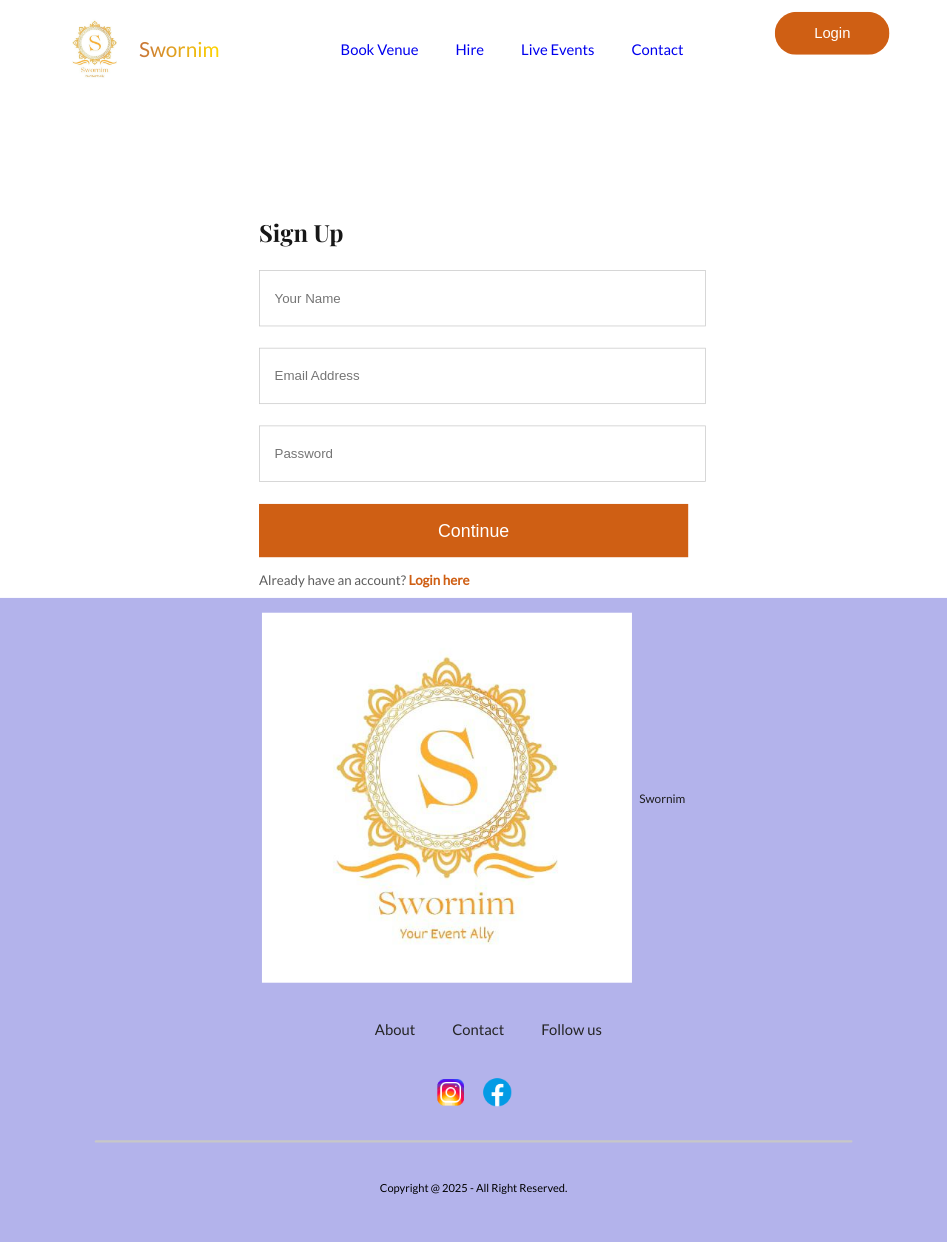
Repository: leonischu/Swornim
Page: /login (app in frontend/)
The author's editor kept a copy of each file at every save. The page is drawn from the files as they stood at one save, then again after the next save.
The browser window is 1280 px wide. The pictures show the whole page, at 74% of full size.
The project was rebuilt for these pictures with package versions that can differ from the ones it lists, and the page was loaded fresh each time. Also part of the build but not shown: frontend/src/App.css, frontend/src/Pages/Book.jsx, frontend/src/Pages/Contact.jsx.

Above is the page before, as saved 2025-05-31 15:16:23.

### frontend/public/index.html
<!DOCTYPE html>
<html lang="en">
  <head>
    <meta charset="utf-8" />
    <link rel="icon" href="%PUBLIC_URL%/favicon.ico" />
    <meta name="viewport" content="width=device-width, initial-scale=1" />
    <meta name="theme-color" content="#000000" />
    <meta
      name="description"
      content="Web site created using create-react-app"
    />
    <link rel="apple-touch-icon" href="%PUBLIC_URL%/logo192.png" />
    <!--
      manifest.json provides metadata used when your web app is installed on a
      user's mobile device or desktop. See https://developers.google.com/web/fundamentals/web-app-manifest/
    -->
    <link rel="manifest" href="%PUBLIC_URL%/manifest.json" />
    <link href="https://fonts.googleapis.com/css2?family=Lato:wght@400;600&family=Playfair+Display:wght@400;600;700&display=swap" rel="stylesheet">
    <!--
      Notice the use of %PUBLIC_URL% in the tags above.
      It will be replaced with the URL of the `public` folder during the build.
      Only files inside the `public` folder can be referenced from the HTML.

      Unlike "/favicon.ico" or "favicon.ico", "%PUBLIC_URL%/favicon.ico" will
      work correctly both with client-side routing and a non-root public URL.
      Learn how to configure a non-root public URL by running `npm run build`.
    -->
    <title>Swornim</title>
  </head>
  <body>
    <noscript>You need to enable JavaScript to run this app.</noscript>
    <div id="root"></div>
    <!--
      This HTML file is a template.
      If you open it directly in the browser, you will see an empty page.

      You can add webfonts, meta tags, or analytics to this file.
      The build step will place the bundled scripts into the <body> tag.

      To begin the development, run `npm start` or `yarn start`.
      To create a production bundle, use `npm run build` or `yarn build`.
    -->
  </body>
</html>

### frontend/src/index.css
body {
  margin: 0;
  font-family: -apple-system, BlinkMacSystemFont, 'Segoe UI', 'Roboto', 'Oxygen',
    'Ubuntu', 'Cantarell', 'Fira Sans', 'Droid Sans', 'Helvetica Neue',
    sans-serif;
  -webkit-font-smoothing: antialiased;
  -moz-osx-font-smoothing: grayscale;
  font-family: 'Lato', sans-serif ;
  color: rgb(29, 29, 29);
}
h1, h2, h3, h4, h5, h6 {
  font-family: 'Playfair Display', serif;
  color: rgb(23, 23, 23); /* Default heading color */
  font-weight: bold;
}
.body-medium {
  font-family: 'Lato', sans-serif;
  font-size: 16px;
  color: rgb(29, 29, 29);
}
.title-medium {
  font-family: 'Playfair Display', serif;
  font-size: 20px;
  font-weight: bold;
  color: rgb(23, 23, 23);
}
.headline-small {
  font-family: 'Playfair Display', serif;
  font-size: 24px;
  font-weight: bold;
  color: white; /* White for headings like "Book Venue" */
}

code {
  font-family: source-code-pro, Menlo, Monaco, Consolas, 'Courier New',
    monospace;
}

### frontend/src/App.js

import './App.css';
import { Navbar } from './Components/Navbar/Navbar';
import { BrowserRouter, Routes, Route } from 'react-router-dom';
import { Book } from './Pages/Book';
import { Contact } from './Pages/Contact';
import { LoginSignup } from './Pages/LoginSignup';
import { Footer} from './Components/Footer/Footer';
function App() {
  return (
    <div>
      <BrowserRouter>
      <Navbar/>
       <Routes>
          <Route path='/' element={<Book/>}/>
          <Route path='/contact' element={<Contact/>}/>

          <Route path='/login' element={<LoginSignup/>}/>
          </Routes>
         <Footer/>
      </BrowserRouter>
    </div>
  );
}

export default App;

### frontend/src/Components/Navbar/Navbar.jsx
import React, { useState } from 'react'
import './Navbar.css'

import logo from '../Assets/logo.jpg'
import { Link } from 'react-router-dom';
export const Navbar = () => {
    const [menu, setMenu] = useState(""); // State for active menu item

  return (
    <div className='navbar'>
      <div className='nav-logo'>
        <img src={logo} alt=""/>
        <p>Swornim</p>
      </div>
      <ul className="nav-menu">
        <li onClick={()=>{setMenu("book venue")}}><Link style={{ textDecoration: 'none' }}to='/'>Book Venue</Link>{menu==="book venue"?<hr/>:<></>}</li>
        <li onClick={()=>{setMenu("hire")}}><Link style={{ textDecoration: 'none' }}to='/hire'> Hire</Link>{menu==="hire"?<hr/>:<></>}</li>
        <li onClick={()=>{setMenu("live events")}}><Link style={{ textDecoration: 'none' }} to='/liveevents'>Live Events</Link>{menu==="live events"?<hr/>:<></>}</li>
        <li onClick={()=>{setMenu("contact")}}><Link style={{ textDecoration: 'none' }}  to='/contact'>Contact</Link >{menu==="contact"?<hr/>:<></>}</li>
      </ul>
      <div className='nav-login-cart'>
        <Link to='/login'><button>Login</button></Link>

      </div>
    </div>
  )
}

### frontend/src/Pages/LoginSignup.jsx
import React from 'react'
import './CSS/LoginSignup.css'

export const LoginSignup = () => {
  return (
    <div className='loginsignup'>
        <div className='loginsignup-container'>
            <h1>Sign Up</h1>
            <div className='loginsignup-fields'>
                <input type='text' placeholder='Your Name'/>
                <input type='email' placeholder='Email Address'/>
                <input type='password' placeholder='Password'/>
            </div>
            <button>Continue</button>
            <p className='loginsignup-login'>Already have an account? <span>Login here</span></p>
            <div className="loginsignup-agree">
                <input type='checkbox' name='' id=''/>
                <p>By continuing, I agree to the terms of use & privacy policy.</p>
            </div>
        </div>
    </div>
  )
}

### frontend/src/Components/Footer/Footer.jsx
import React from 'react'
import './Footer.css'
import footer_logo from '../Assets/logo.jpg'
import instagram_icon from '../Assets/instagram_icon.png'
import facebook_icon from '../Assets/facebook_icon.png'

export const Footer = () => {
  return (
    <div className='footer'>
     <div className="footer_logo">
        <img src={footer_logo} alt='logo'/>
        <p>Swornim</p>
        </div>
        <ul className='footer-links'>
            <li>About</li>
            <li>Contact</li>
            <li>Follow us</li>
        </ul>
        <div className='footer-social-icon'>
            <div className='footer-icons-container'>
                <img src={instagram_icon} alt=""/>
            </div>
            <div className='footer-icons-container'>
                <img src={facebook_icon} alt=""/>
            </div>
        </div>
        <div className="footer-copyright">
            <hr />
            <p> Copyright @ 2025 - All Right Reserved. </p>
        </div>
    </div>
  )
}

### frontend/src/Components/Navbar/Navbar.css
.navbar{
    display:flex;
    justify-content: space-around;
    padding: 16px;
    box-shadow: 0 1px 3px -2px black;
}
.nav-logo{
    display: flex;
    align-items: center;
    gap: 10px;
}
.nav-logo p {
    background: linear-gradient(to right, rgba(199, 116, 57, 1), #FFD700);
    -webkit-background-clip: text;
    -webkit-text-fill-color: transparent;
    background-clip: text; /* Optional for broader support */
    font-size: 28px;
    font-weight: 400;
}
.nav-logo img {
    width: 100px; /* Adjust the width of an image/icon */
    height: auto;
}
.nav-menu{
    display: flex;
    align-items: center;
    list-style: none;
    gap: 50px;
    color: black;
    font-size: 20px;
    font-weight: 500;

}
.nav-menu li{
    display: flex;
    flex-direction: column;
    align-items: center;
    justify-content: center;
    gap: 3px;
    cursor: pointer;

}
.nav-menu hr{
    border: none;
    width: 90%;
    height: 3px;
    border-radius: 15px;
    background: rgba(207, 95, 20, 1);

}
.nav-login-cart {
    display: flex; /* Flexbox layout */
    gap: 15px; /* Adjust the gap between buttons */
}
.nav-login-cart button{
    width: 155px;
    height: 58px;
    outline: none;
    border: 1px solid transparent;
    border-radius: 75px;
    background-color: rgba(207, 95, 20, 1);
    color: white;
    font-size: 20px;
    font-weight: 500;
    cursor: pointer;
}
.nav-login-cart button:active{
    background: rgba(44, 51, 66, 1);
}

### frontend/src/Pages/CSS/LoginSignup.css
.loginsignup{
    width: 100%;
    height: 80vh;
    background: white;
    padding-top: 100px;
}
.loginsignup-container{
    width: 580px;
    height: 600px;
    background: white;
    margin: auto;
    padding: 40px 60px;
}
.loginsignup-container h1{
    margin: 20px 0px;
}
.loginsignup-fields{
    display: flex;
    flex-direction: column;
    gap: 29px;
    margin-top: 30px;
}
.loginsignup-fields input{
    height: 72px;
    width: 100%;
    padding-left: 20px;
    border: 1px solid #c9c9c9;
    outline: none;
    color: #5c5c5c;
    font-size: 18px;
}
.loginsignup-container button{
    width: 580px;
    height: 72px;
    color: white;
    background: rgba(207, 95, 20, 1);
    margin-top: 30px;
    border: none;
    font-size: 24px;
    font-weight: 500;
    cursor: pointer;
}
.loginsignup-login{
    margin-top: 20px;
    color: #5c5c5c;
    font-size: 18px;
    font-weight: 500;
}
.loginsignup-login span{
    color: rgba(207, 95, 20, 1);
    font-weight: 600;
}
.loginsignup-agree{
  display: flex;
  align-items: center;
  margin-top: 25px;
  gap: 20px;
  color: #5c5c5c;
  font-size: 18px;
  font-weight: 500;
}

### frontend/src/Components/Footer/Footer.css
.footer{
    display: flex;
    flex-direction: column;
    justify-content: center;
    align-items: center;
    gap: 30px;
    padding: 20px 0;
    background-color: rgb(179, 179, 235);
}
.footer_logo{
    display: flex;
    align-items: center;
    gap: 10px;

}
.footer-logo img {
    width: 30px; /* Adjust the width for the image */
    height: auto; /* Maintain aspect ratio */
}
.footer-logo p{
    color: #383838;
    font-size: 46px;
    font-weight: 700;
}
.footer-links{
    display: flex;
    list-style: none;
    gap: 50px;
    color: #252525;
    font-size: 20px;
}
.footer-links li{
    cursor: pointer;
}
.footer-links li:hover{
    color: #ffa500;
}
.footer-social-icon{
    display: flex;
    gap: 15px;
}
.footer-icon-container{
    padding: 10px;
    padding-bottom: 6px;
    background: white;
    border: 1px solid #ebebeb;
}
.footer-icon-container img {
    width: 25px; /* Adjust icon size */
    height: 25px; /* Ensure icons are square */
    cursor: pointer;
}
.footer-copyright{
    display: flex;
    flex-direction: column;
    align-items: center;
    gap: 30px;
    width: 100%;
    margin-bottom: 30px;
    color: black;
    font-size: 15px;
    text-align: center;
}
.footer-copyright hr{
    width: 80%;
    border: none;
    border-radius: 10px;
    height: 3px;
    background: #c7c7c7;
}

Loaded but not shown: frontend/src/index.js (common file); frontend/src/reportWebVitals.js (common file)

After the next save:
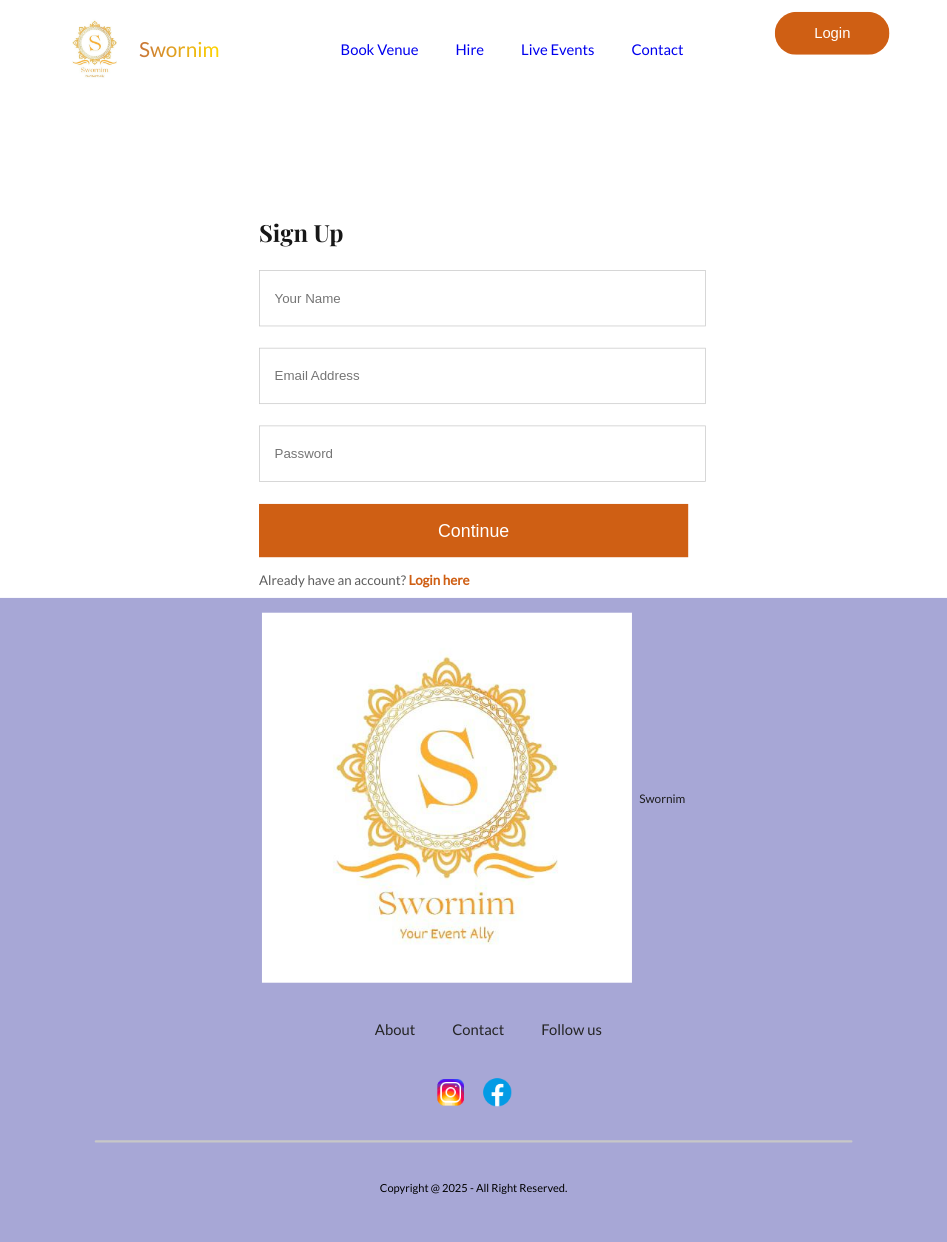
Saved 10 s later.
--- a/frontend/src/Components/Footer/Footer.css
+++ b/frontend/src/Components/Footer/Footer.css
@@ -5,7 +5,7 @@
     align-items: center;
     gap: 30px;
     padding: 20px 0;
-    background-color: rgb(179, 179, 235);
+    background-color: rgb(167, 167, 214);
 }
 .footer_logo{
     display: flex;
